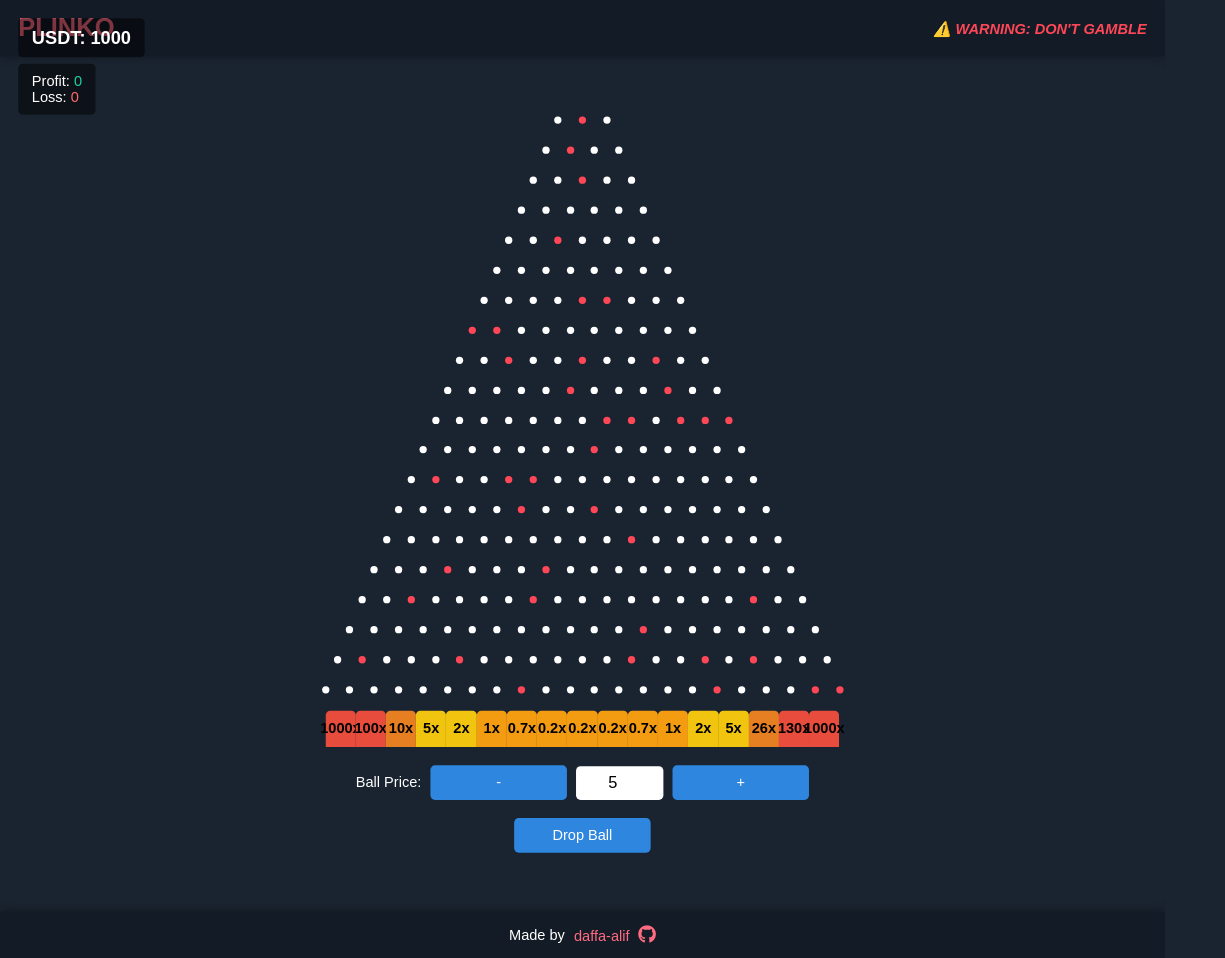
Repository: daffa-alif/PLINKO-JS
Page: index.html
These files come from the project's save history. The page is drawn as it stood at one moment and after the next save; the edit follows.
The browser window is 1280 px wide. The page is 1280 px wide, then 1346 px, then 1280 px, so the pictures cover 1346 px, including what lies to the right of the window. The pictures show the whole page, at 91% of full size.

Above is the page before, as saved 2025-03-07 09:37:09.

After the next save:
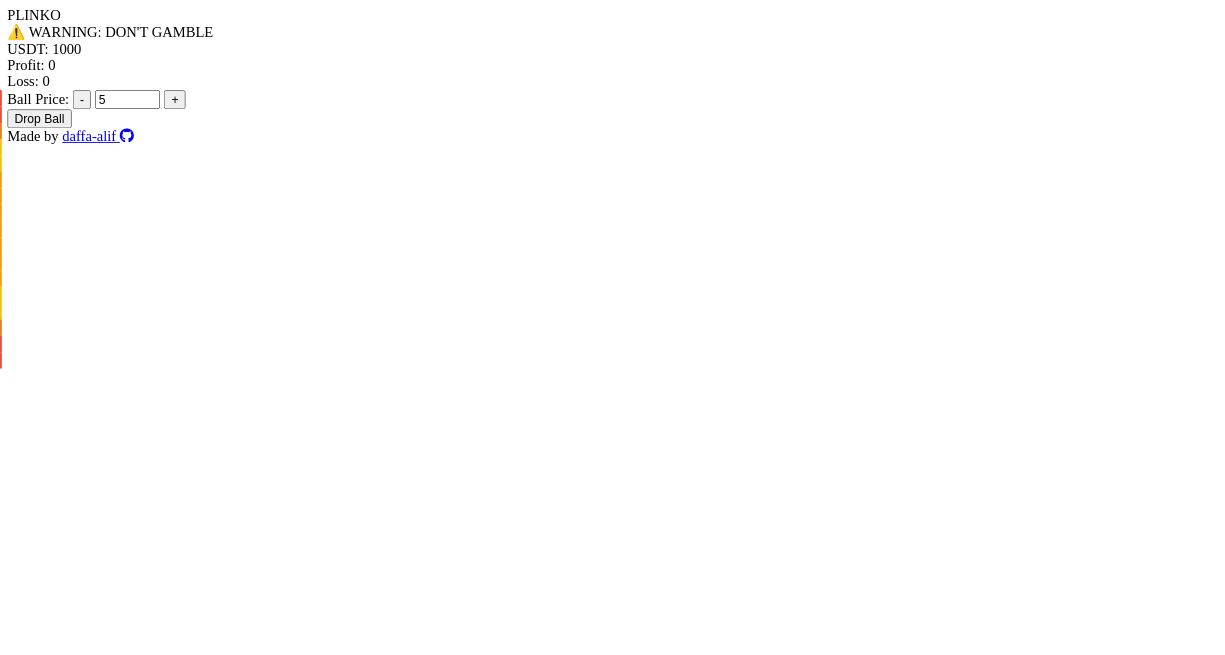
Saved 33 s later.
--- a/index.html
+++ b/index.html
@@ -5,7 +5,7 @@
     <meta name="viewport" content="width=device-width, initial-scale=1.0">
     <title>Plinko Game</title>
     <link rel="stylesheet" href="https://cdnjs.cloudflare.com/ajax/libs/font-awesome/6.4.0/css/all.min.css">
-    <link rel="stylesheet" href="styles.css">
+    <link rel="stylesheet" href="">
 </head>
 <body>
     <!-- Header -->

After the 2 saves that followed:
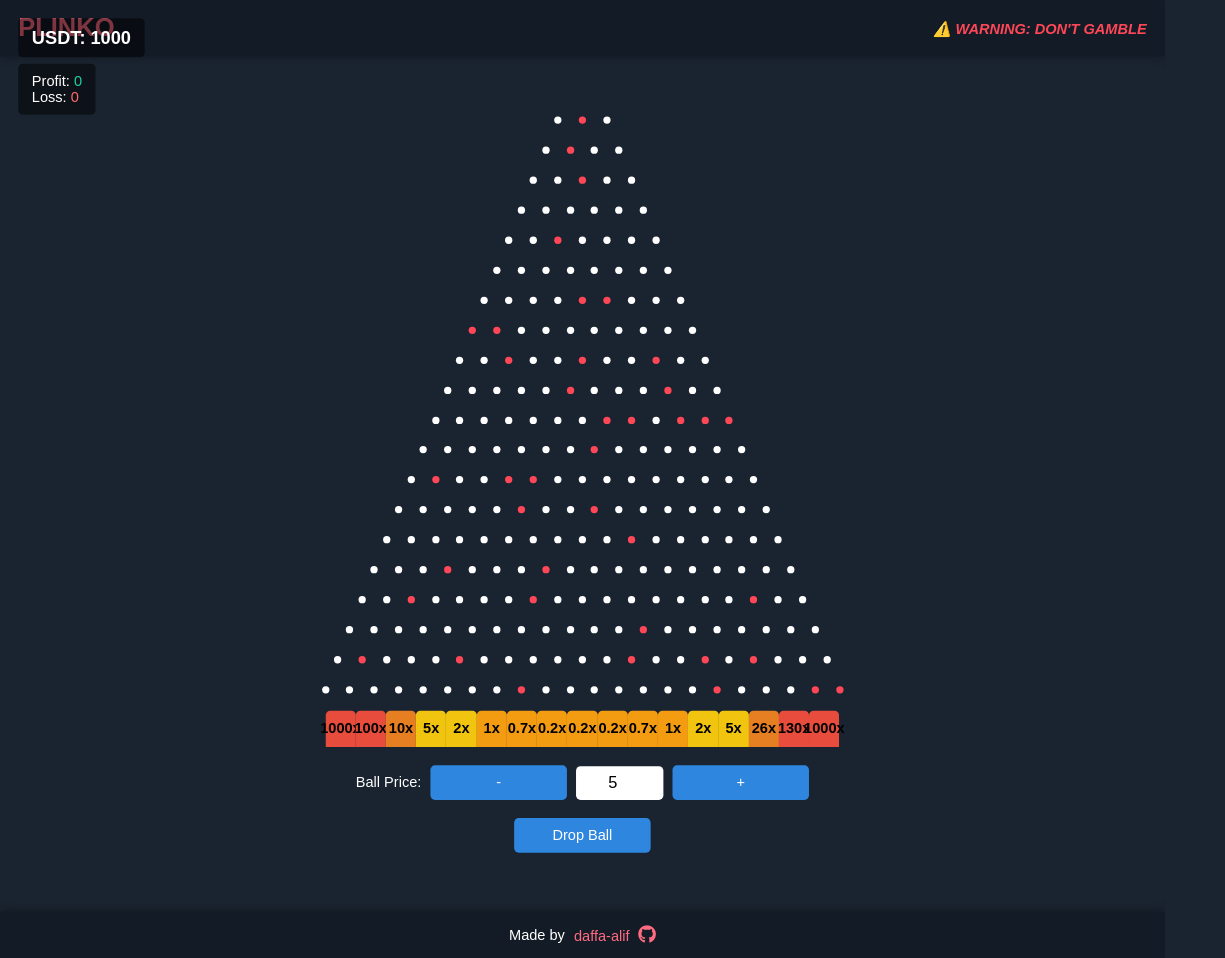
The 2 saves are shown as one change because they came seconds apart.
The last was saved 7 s later.
--- a/index.html
+++ b/index.html
@@ -5,7 +5,7 @@
     <meta name="viewport" content="width=device-width, initial-scale=1.0">
     <title>Plinko Game</title>
     <link rel="stylesheet" href="https://cdnjs.cloudflare.com/ajax/libs/font-awesome/6.4.0/css/all.min.css">
-    <link rel="stylesheet" href="">
+    <link rel="stylesheet" href="styles.css">
 </head>
 <body>
     <!-- Header -->
